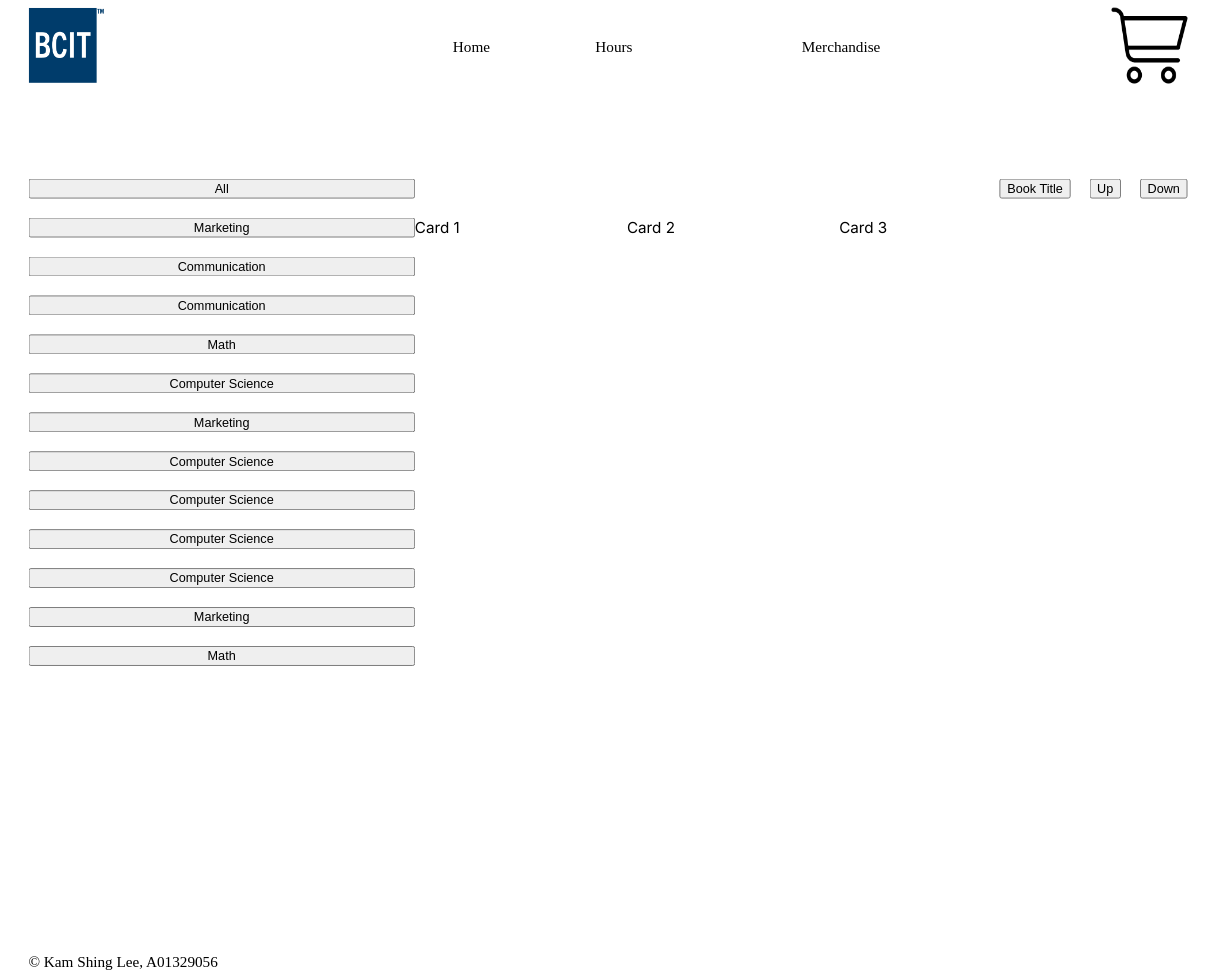
Repository: klee616/assessment3
Page: /
An editor plug-in stored every save of this project. The page is shown before and after the next save, followed by the edit.
The browser window is 1280 px wide. The pictures show the whole page, at 95% of full size.
The project was rebuilt for these pictures with package versions that can differ from the ones it lists, and the page was loaded fresh each time. The framework's server and built-in components were replaced by stand-ins that run in the browser. Also part of the build but not shown: next.config.mjs.

Above is the page before, as saved 2024-02-06 01:14:11.

After the next save:
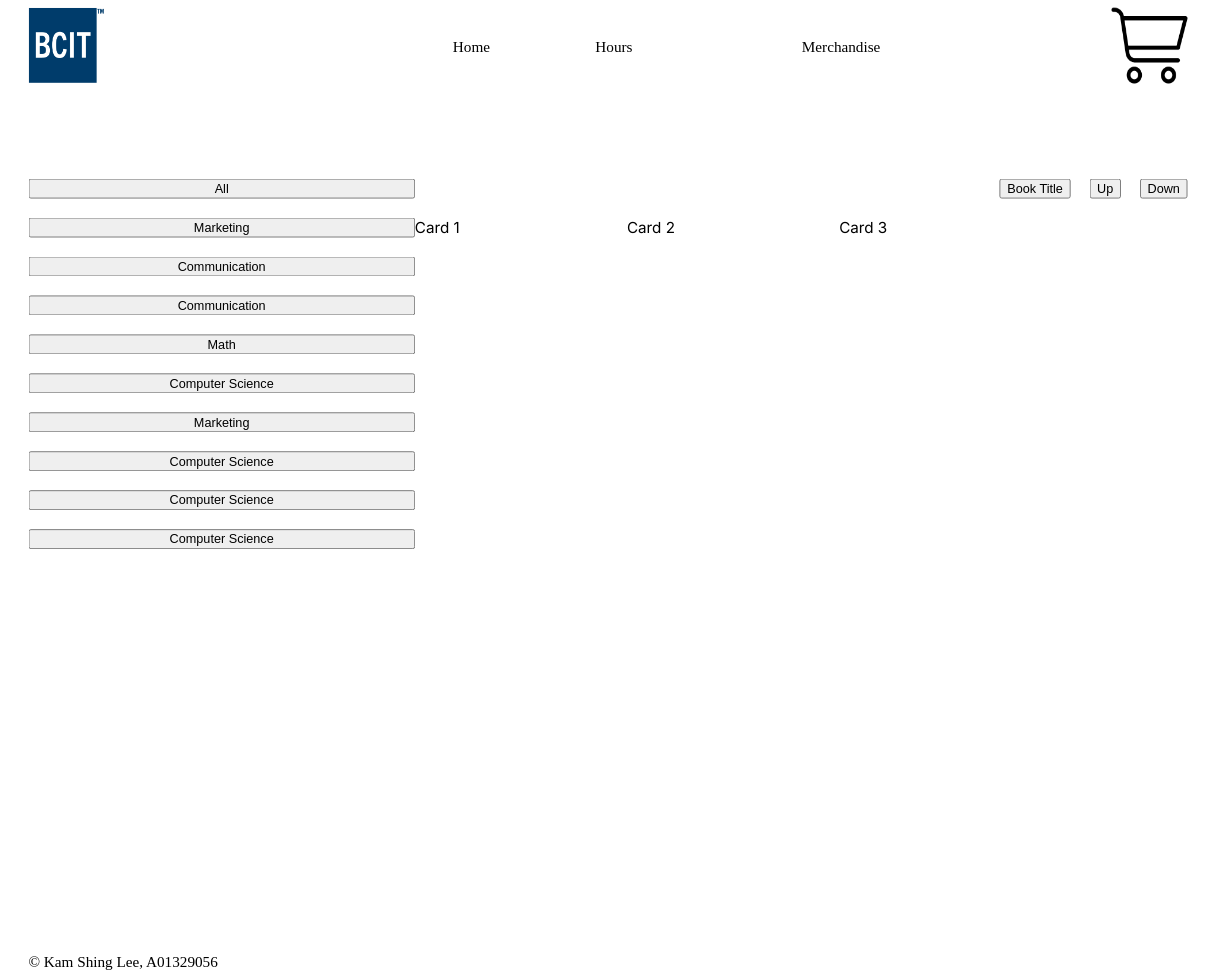
Saved 4 s later.
--- a/pages/index.js
+++ b/pages/index.js
@@ -40,10 +40,6 @@
                   )
                 })
               }
-
-              <button>Computer Science</button>
-              <button>Marketing</button>
-              <button>Math</button>
             </div>
           </div>
           <div className={`${layout['col-lg-8']} ${layout['col-md-8']} ${layout['col-lg-8']}}`}>
